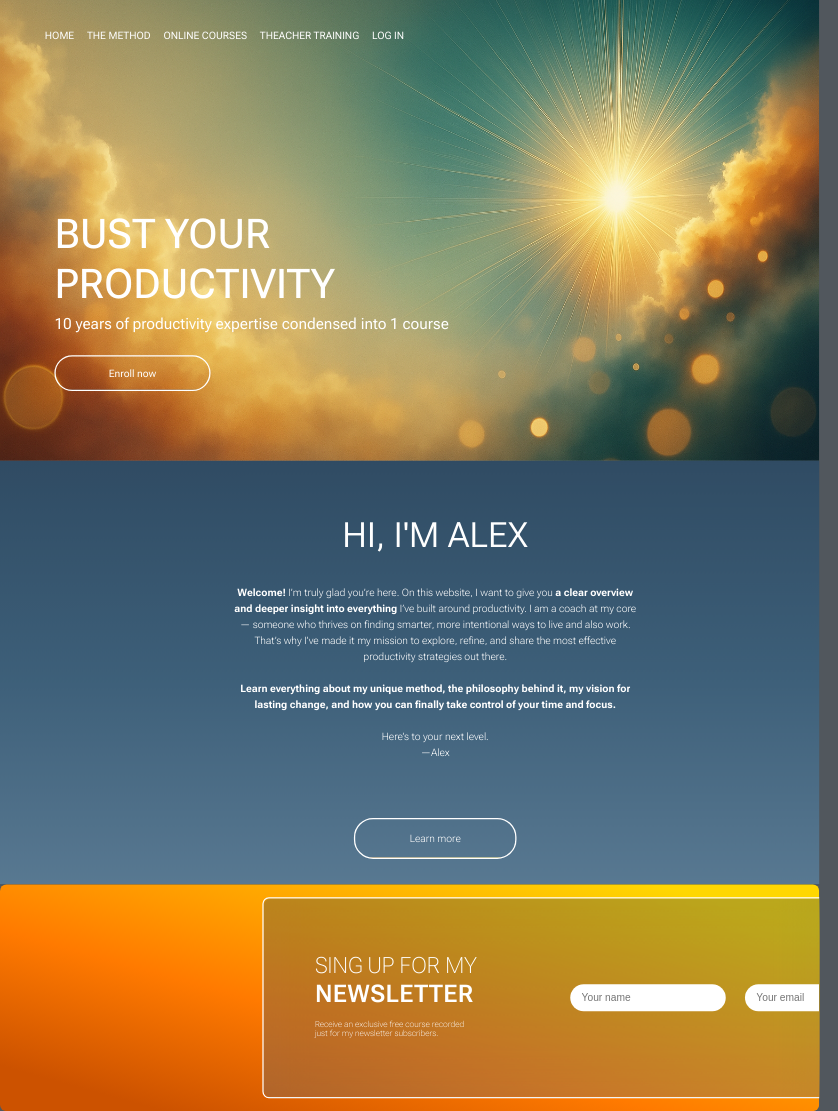
Repository: Parnicoza/testecomplete
Page: Productivity.copie.html
The author's editor kept a copy of each file at every save. The page is drawn from the files as they stood at one save, then again after the next save.
The browser window is 1280 px wide. The page is 1310 px wide, so the pictures cover 1310 px, including what lies to the right of the window. The pictures show the whole page, at 64% of full size.

Above is the page before, as saved 2025-05-30 14:01:28.

### Productivity.copie.html
<!DOCTYPE html>
<html lang="en">

<head>
    <meta charset="utf-8">
    <title>Productivity</title>
    <link rel="stylesheet" href="stilizaretestcomplet-14.css">
    <link rel="icon" href="imaginitestecomplete/dashboard.ico">
    <link rel="stylesheet" href="peoductivitate.css">
    <meta name="viewport" content="width=device-width, initial-scale=1.0">
    <meta charset="UTF-8">
    <link rel="preconnect" href="https://fonts.googleapis.com">
    <link rel="preconnect" href="https://fonts.gstatic.com" crossorigin>
    <link href="https://fonts.googleapis.com/css2?family=Roboto+Flex:opsz,wght@8..144,100..1000&display=swap"
        rel="stylesheet">
</head>

<body>
    <header>
        <nav>
            <ul class="nav-links">
                <li><a href="">HOME</a></li>
                <li><a href="">THE METHOD </a></li>
                <li><a href="">ONLINE COURSES</a></li>
                <li><a href="">THEACHER TRAINING</a></li>
                <li><a href="">LOG IN</a></li>
            </ul>
        </nav>
    </header>
    <div class="hero-section">
        <!--Acest div este pentru a separa, cu un background , the intro of the page ,cum ar venii , fata de restul paginii-->
        <figure>
            <h1 class="main-heading-pentru-productivity"> Bust Your <br>
                Productivity</h1>
            <figcaption class="caption-for-the-heading">10 years of productivity expertise condensed into 1 course
            </figcaption>
            <a class="button" href="https://www.maltemartenmethod.com/"><span>Enroll now</span></a>
        </figure>
    </div>

    <div class="background-after-hero"
        style="background: linear-gradient(to bottom, #1e3c56, #2c516d, #4a6d88), rgba(255, 255, 255, 0.08); background-blend-mode: overlay; padding: 40px; margin-top: 0;">
        <div class="HIIAMALEX">
            <h2>HI, I'M ALEX</h2>
            <p>
                <b>Welcome!</b> I’m truly glad you’re here. On this website, I want to give you <b>a clear overview and
                    deeper insight into everything</b> I’ve built around productivity. I am a coach at my core — someone
                who thrives on finding smarter, more intentional ways to live and also work. That’s why I’ve made it my
                mission to explore, refine, and share the most effective productivity strategies out there.<br>

                <br><b>Learn everything about my unique method, the philosophy behind it, my vision for lasting change,
                    and how you can finally take control of your time and focus.</b><br>

                <br>Here’s to your next level.<br>
                —Alex
                <a class="learn-more-btn" href="https://www.maltemartenmethod.com/"><span>Learn more</span></a>
            </p>
        </div>
    </div>

    <div class="newsletter"><!--ACESTA ESTE BACKROUND-UL , DIN SPATE , CEL CU ROSU-->
        <div class="newsletter-text" style="margin-left: 410px;"><!--ACESTA ESTE BORDERUL/BACKGROUND-UL CU BORDER-->
            <div class="newsletter-overlay"></div>
            <div class="text">
                <!--ACEST DIV ESTE PENTRU TEXTUL PROPRIU ZIS , AICI PUN TEXTUL SI MA OC CU PROPRIETATILE LUI-->
                <p class="singup">
                    SING UP FOR MY<br>
                    <span class="span">NEWSLETTER</span><br>
                    <span style="font-size: small; display: inline-block;margin-top: 15px;">
                        Receive an exclusive free course recorded<br>
                        just for my newsletter subscribers.
                    </span>
                </p>
                <form class="newsletter-form-row">
                    <input type="text"  placeholder="Your name" required>
                    <input type="email" placeholder="Your email" required>
                    <button type="submit">Subscribe</button>
                </form>
            </div>
        </div>
    </div>
</body>

</html>

### stilizaretestcomplet-14.css
body{
    background-color:#51575D;
}

.main-heading{
    text-align: center;
    text-transform: uppercase;
    text-shadow: 15px 15px 15px black;
    font-size: 3.5em;
    color: black;
}

.background-for-the-heading{
    background: linear-gradient(to right, #5B6770, #9CAEBF);
    margin: 20px;
    padding: 5px;
    border-radius: 10px;
    margin-left: 170px;
}

.thesamebackground{
    background-color: rgba(91, 103, 112, 0.6) ;
    margin-left: 170px;
    margin-top: 50px;
    text-align: center;
    padding: 10px;
    border-radius: 10px;
    box-shadow: 5px 5px 15px black;
    margin-right: 20px;
}

.paragraph-gradient{
    color: #ffff;
    font-size: 2em;
    -webkit-text-stroke: 0.7px black;
    text-align: center;
}

.quote{
    border: 1px dotted black;
    padding: 10px;
    margin-left: 150px;
}

.divider{
    border: none;
    height: 4px;
    background-color: lightgray;
    border: 3px dotted black;
    margin: 14px;
    margin-left: 150px;
}

.image{
    border-radius: 5px;
    box-shadow: 5px 5px 15px black;
    display: block;
    margin: 0 auto;
}

.picture{
    margin-left: 160px;
}

.Dashboard{
    display: flex;
}

.sidebar{
    display: flex;
    flex-direction: column;
   width: 140px;
   position: fixed;
   left: 0;
   top: 0;
   height: 96vh;
   justify-content: center;
   margin: 20px;
   background-color: #6A747D;
    border-radius: 10px;
    box-shadow: -5px -5px 15px black;

}

.list{
    list-style-type: none;
    display: flex;
    flex-direction: column;
    gap: 30px;
    padding: 0;
    margin-left: 10px;
}

.container{
    margin-left: 160px;
}

.divimage{
    display: block;
    margin-left: 160px;
    margin-top: 50px;

}

.figcaption{
    font-style: italic;
    font-weight: bold;
    margin: 20px;
}

.home{
    color: black;
}

.BLOCKS{
    display: flex;
    flex-direction: row;
    justify-content: space-evenly;
    gap: 20px;
}
.blocks{
    display: flex;
    flex-direction: column;
    justify-content: space-evenly;
    width: 350px;
    margin-left: 170px;
    background-color: rgba(91, 103, 112, 0.6);
    box-shadow: 5px 5px 15px black;
    border-radius: 10px;
    padding: 10px;
    margin-right: 20px;
}

.blocks2{
    display: flex;
    flex-direction: column;
    justify-content: space-evenly;
    width: 350px;
    background-color: rgba(91, 103, 112, 0.6);
    box-shadow: 5px 5px 15px black;
    border-radius: 10px;
    padding: 10px;
    margin-right: 20px;
}

.blocks3{
    display: flex;
    flex-direction: column;
    justify-content: space-evenly;
    width: 350px;
    background-color: rgba(91, 103, 112, 0.6);
    box-shadow: 5px 5px 15px black;
    border-radius: 10px;
    padding: 10px;
    margin-right: 20px;
}
.headingforblock{
    text-align: left;
    text-transform: uppercase;
    font-weight: bold;
    color: black;
    display: flex;
}

.paragraph-gradient1{
    color: #ffff;
    -webkit-text-stroke: 0.6px black;
    font-size: 25px;
    text-align: center;
}

.footer{
    margin-left: 170px;
}

.social-media{
    display: flex;
    flex-direction: row;
    justify-content: space-evenly;
    gap: 20px;
    margin-top: 250px;
}
.ul{
    list-style-type: none;
    display: flex;
    flex-direction: row;
    gap: 20px;
    padding: 0;
}

.footer-text{
    color: white;
    font-size: smaller;
    text-align: center;
    margin: 0 auto;
    width: 650px;
}

.Disclaimer{
    color: white;
    font-size: large;
}

.ifarme{
    margin-left: 160px;
    margin-top: 10px;
}

### peoductivitate.css
html,body{overflow-x:hidden;}
body{
    font-family: "Roboto Flex", sans-serif;
    margin: 0;
}

.hero-section{
    height: 100vh;
    display: flex;
    align-items: center;
    background-image: url('imaginitestecomplete/sky.png');
    background-position: center;
    background-size: cover;
    background-repeat: no-repeat;
    /* A RAMAS SA PUN BACKGROUND */
    background-size: cover;
    background-position: center;
    background-repeat: no-repeat;
    margin-bottom: 0;
    width: 100%;
}

.background-after-hero {
    background: linear-gradient(to bottom, #1e3c56, #2c516d, #4a6d88), rgba(255, 255, 255, 0.08);
    background-blend-mode: overlay;
    padding: 40px;
    margin-top: 0;
    min-height: 60vh;
    width: 100%;
    overflow-x: hidden;

}

nav{
    position: absolute;
    width: 100%;
    z-index: 1000;
    margin: 30px;
}

.nav-links{
    list-style-type: none;
    display: flex;
    justify-content: flex-start;
    gap: 20px;
}

.nav-links li a{
    text-decoration: none;
    color: white;
}

.main-heading-pentru-productivity{
    text-transform: uppercase;
    font-size: 4rem;
    color: white;
    text-align: left;
    line-height: 1.2em;
    margin-top: 220px;
    margin-left: 45px;
    margin-bottom: 10px;
    font-weight: 450;
}

.caption-for-the-heading{
    display: inline-block;
    text-align: left;
    margin-left: 45px;
    font-size: x-large;
    color: white;
}

.HIIAMALEX{
    color: white;
    text-align: center;
}

.HIIAMALEX h2{
    font-weight: 330;
    font-size: 3.4em;
}

.HIIAMALEX p{
    font-weight: 200;
    width: 50%;
    text-align: center;
    margin: 0 auto;
    line-height: 25px;
}

.button{
    background: transparent;
   border: 2px solid white;
    border-radius: 30px;
    display: flex;
    justify-content: center;
    align-items: center;
    text-align: center;
    width: 240px;
    height: 52px;
    margin-top: 35px;
    margin-left: 45px;
    color: white;
    text-decoration: none;
    position: relative;
    overflow: hidden;
    z-index: 1;
}

.button::before {
    content: "";
    position: absolute;
    bottom: -100%;         /* de jos, complet ascuns la început */
    left: 0;
    width: 100%;
    height: 100%;
    background: linear-gradient(to bottom, #1e3c56, #2c516d, #4a6d88), rgba(255, 255, 255, 0.08);
    transition: bottom 0.4s ease;
    z-index: 0;
}
.button:hover::before {
    bottom: 0;  /* se ridică complet peste buton */
}
.button span {
    position: relative;
    z-index: 2;
}

.learn-more-btn{
    background: transparent;
    border: 2px solid white;
    border-radius: 30px;
    display: flex;
    align-items: center;
    justify-content: center;
    text-align: center;
    width: 250px;
    height: 60px;
    margin: 0 auto;
    position: relative;
    overflow: hidden;
    z-index: 1;
    color: white;
    text-decoration: none;
    margin-top: 90px;
}

.learn-more-btn::before{
    content: "";
    position: absolute;
    bottom: -100%;         /* de jos, complet ascuns la început */
    left: 0;
    width: 100%;
    height: 100%;
    background: linear-gradient(to top right, #cc5200 10%, #ff7a00 40%, #ffd700 90%);
    transition: bottom 0.4s ease;
    z-index: 0;
}

.learn-more-btn:hover::before{
    bottom: 0;  /* se ridică complet peste buton */
}

.learn-more-btn span{
    position: relative;
    z-index: 2;
}

.newsletter{
    background: linear-gradient(to top right, #cc5200 10%, #ff7a00 40%, #ffd700 90%);
    min-height: 45vh;
    display: flex;
    justify-content: center;
    align-items: center;
    flex-direction: column;
    width: 100%;
    border-radius: 10px;
}
.singup {
    color: white;
    font-size: 35px;
    font-weight: 100;
    text-align: left;
    margin-left: 30px;
    line-height: 1.2;
}
.span {
    display: inline-block;
    font-weight: 600;
    width: 250px;
    text-align: left;
    font-size: 38px;
    letter-spacing: 0.5px;
}

.newsletter-text{
    border: 2px solid white;
    width: 90%;
    max-width: 1150px;
    margin: 20px auto;
    position: relative;
    border-radius: 10px;
    margin-left: 425 px;
}
.text{
    margin: 50px;
    position: relative;
    z-index: 2;
    display: flex;
    align-items: center;
    gap: 40px;
}
/* keep paragraph and form widths responsive */
.singup{
    flex: 1 1 50%;
}
.newsletter-form-row{
    flex: 0 0 auto;
}

@media (max-width: 800px){
    .text{
        flex-direction: column;
        align-items: flex-start;
        gap: 20px;
    }
}
.newsletter-overlay{
    position: absolute;
    top: 0;
    left: 0;
    width: 100%;
    height: 100%;
    background: linear-gradient(
      to bottom,
      rgba(30, 60, 86, 0.3),
      rgba(44, 81, 109, 0.3),
      rgba(74, 109, 136, 0.3)
    );
    backdrop-filter: blur(30px);
    border-radius: 4px;
    z-index: 0;
    border-radius: 10px;
}

.newsletter-form-row{
    display: flex;
    align-items: center;
    justify-content: space-between;
    gap: 30px;
}
form {
    display: flex;
    gap: 20px;
  }

  form input {
    padding: 12px 18px;
    border-radius: 25px;
    border: none;
    background-color: white;
    color: #333;
    font-size: 16px;
  }
  form input:focus {
    outline: none;
    box-shadow: 0 0 0 2px #ffa50044;
  }
  .explore-courses{
    background: linear-gradient(to bottom, #1e3c56, #2c516d, #4a6d88), rgba(255, 255, 255, 0.08);
    display: flex;
    justify-content: center;
    flex-direction: column;
    align-items: center;
    min-height: 100vh;
  }

  .explore-courses-text{
    width: 50%;
    text-align: center;
    color: white;
    margin: 0 auto;
    line-height: 25px;
    font-weight: 200;
    margin-top: 45.152px;
  }

  .explore-courses h2{
    font-weight: 330;
    font-size: 3.4em;
    color: white;
    text-align: center;
}

.course-cards{
    display: flex;
    align-items: center;
    justify-content: space-evenly;
    gap: 100px;
    margin: auto;
    margin-top: 50px;
}

.borderfortheimages{
    border-radius: 25px;
}
.scroll-appear {
    opacity: 0;
    transform: translateY(-30px);
    transition: opacity 1.5s ease, transform 1.5s ease;
}

.scroll-appear.show {
    opacity: 1;
    transform: translateY(0);
}

.join-btn {
    margin-top: 50px;      /* pushes the button down a bit */
    margin-bottom: 40px;   /* optional bottom spacing */
}

.COURSES{
    background: linear-gradient(to bottom, #1e3c56, #2c516d, #4a6d88), rgba(255, 255, 255, 0.08);
    background-blend-mode: overlay;
    padding: 40px;
    margin-top: 0;
    min-height: 60vh;
    width: 100%;
    overflow-x: hidden
}

After the next save:
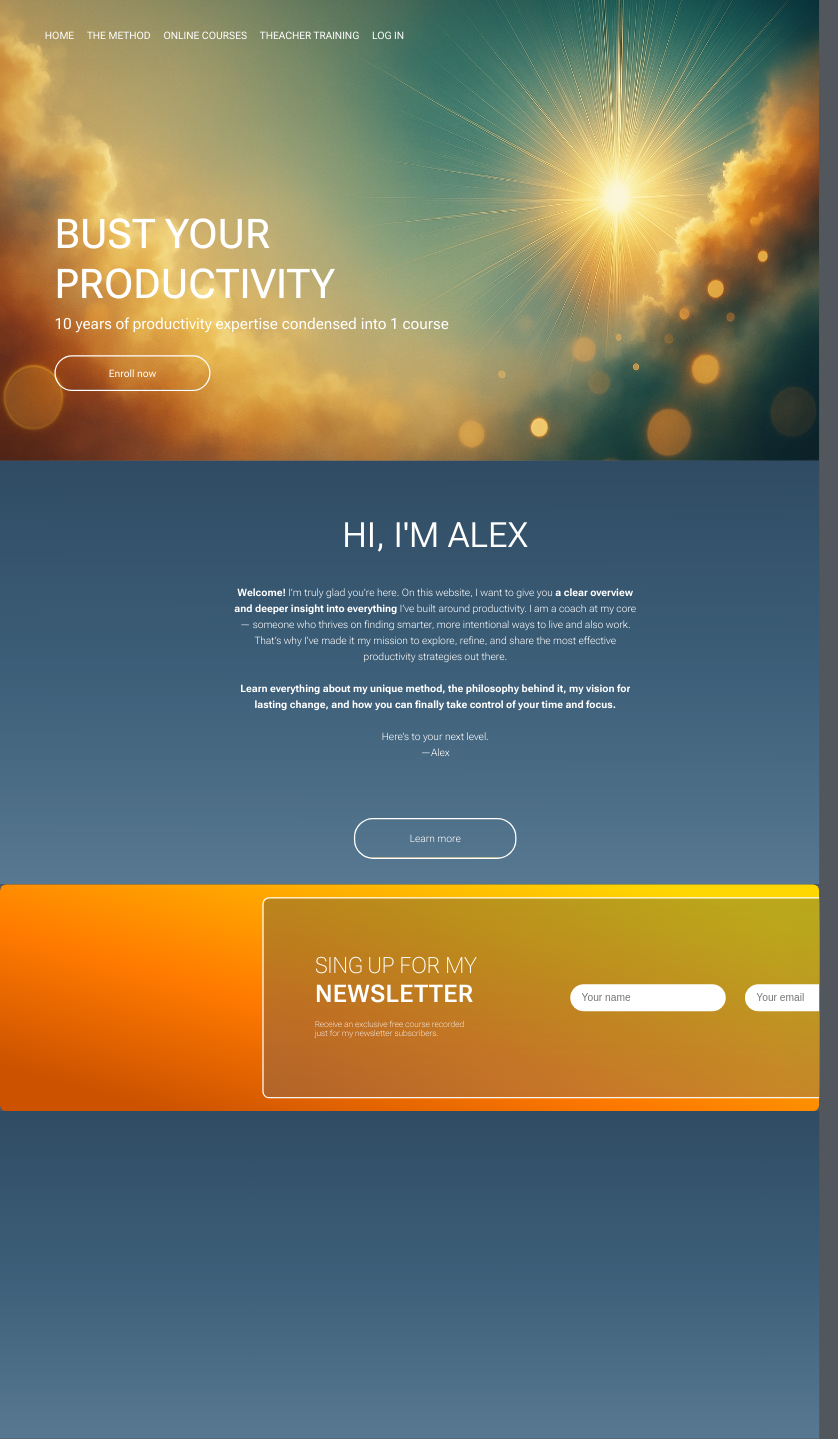
Saved 1 s later.
--- a/Productivity.copie.html
+++ b/Productivity.copie.html
@@ -79,6 +79,10 @@
             </div>
         </div>
     </div>
+
+    <div class="COURSES">
+
+    </div>
 </body>
 
 </html>
